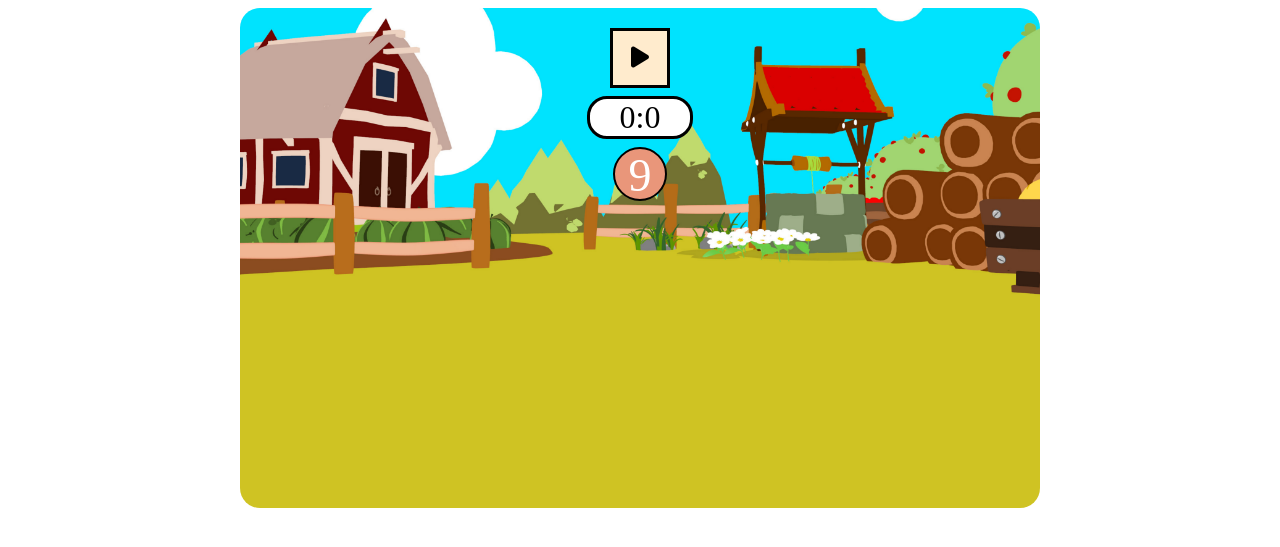
Repository: ggandory/browser101
Page: chapter7/carrot/index.html
The author's editor kept a copy of each file at every save. The page is drawn from the files as they stood at one save, then again after the next save.
The browser window is 1280 px wide. The pictures show the whole page.
Some web libraries are served in a nearby version.

Above is the page before, as saved 2024-05-02 23:33:27.

### chapter7/carrot/index.html
<!DOCTYPE html>
<html lang="en">
  <head>
    <meta charset="UTF-8" />
    <meta name="viewport" content="width=device-width, initial-scale=1.0" />
    <title>My First Game</title>
    <link rel="stylesheet" href="style.css" />
    <script src="main.js" defer></script>
    <script
      src="https://kit.fontawesome.com/9eb162ac0d.js"
      crossorigin="anonymous"
    ></script>
  </head>
  <body>
    <section class="game">
      <header class="game_header">
        <button class="game_button">
          <i class="fa-solid fa-play"></i>
        </button>
        <span class="game_timer">0:0</span>
        <span class="game_score">9</span>
      </header>
      <section class="game_field"></section>
    </section>
    <section class="pop-up pop-up-hide">
      <button class="pop-up_refresh">
        <i class="fa-solid fa-rotate-right"></i>
      </button>
      <span class="pop-up_message">hello</span>
    </section>
  </body>
</html>

### chapter7/carrot/style.css
button {
  border: none;
  outline: none;
  cursor: pointer;
}

body {
  text-align: center;
}

.game {
  display: flex;
  flex-direction: column;
  width: 800px;
  height: 500px;
  margin: auto;
  background: url(img/background.png) center/cover;
  border-radius: 20px;
}

.game_header {
  display: flex;
  flex-direction: column;
  align-items: center;
  padding: 20px;
}

.game_button {
  width: 60px;
  height: 60px;
  background-color: blanchedalmond;
  border: 3px solid black;
  font-size: 24px;
  transition: transform 300ms ease-in;
}
.game_button:hover {
  transform: scale(1.1);
}

.game_timer {
  width: 100px;
  background-color: white;
  text-align: center;
  border-radius: 20px;
  border: 3px solid black;
  font-size: 32px;
  margin-top: 8px;
}
.game_score {
  text-align: center;
  width: 50px;
  height: 50px;
  font-size: 46px;
  color: white;
  background-color: darksalmon;
  border-radius: 50%; /*둥글게 만들기*/
  margin-top: 8px;
  border: 2px solid black;
}

.game_field {
  position: relative;
  width: 100%;
  height: 100%;
  margin-top: 40px;
}

.pop-up {
  display: block;
  width: 350px;
  height: 140px;
  padding: 20px;
  background-color: #00000070;
  color: white;
  text-align: center;
  border-radius: 20px;
  margin: auto;
  transform: translateY(-150%);
}
.pop-up-hide {
  display: none;
}

.pop-up_refresh {
  width: 60px;
  height: 50px;
  font-size: 24px;
  background-color: wheat;
  border: 2px solid black;
  border-radius: 50%;
  transition: transform 300ms ease-in;
}
.pop-up_refresh:hover {
  transform: scale(1.1);
}

.pop-up_message {
  display: block; /*다음줄에 나오게 하려고*/
  font-size: 38px;
}

### chapter7/carrot/main.js
"use strict";

const CARROT_SIZE = 80;
const CARROT_COUNT = 5;
const BUG_COUNT = 5;
const MONSTER_COUNT = 5;
const field = document.querySelector(".game_field");
const fieldRect = field.getBoundingClientRect();
const gameBtn = document.querySelector(".game_button");
const gameTimer = document.querySelector(".game_timer");
const gameScore = document.querySelector(".game_score");

let started = false;
let score = 0;
let timer = undefined;

gameBtn.addEventListener("click", () => {
  if (started) {
    stopGame();
  } else {
    startGame();
  }
  started = !started;
});

function startGame() {
  initGame();
  showStopButton();
  showTimerAndScore();
}
function stopGame() {}

function showStopButton() {
  const icon = gameBtn.querySelector(".fa-play");
  icon.classList.add("fa-stop");
  icon.classList.remove("fa-play");
}

function showTimerAndScore() {
  gameTimer.style.visibility = "visible";
  gameScore.style.visibility = "visible";
}

function initGame() {
  //벌레와 당근을 생성한뒤 field에 추가해준다.
  addItem("carrot", CARROT_COUNT, "img/carrot.png");
  addItem("monster", MONSTER_COUNT, "img/monster.png");
  addItem("bug", BUG_COUNT, "img/bug.png");
}

function addItem(className, count, imgPath) {
  const x1 = 0;
  const y1 = 0;
  const x2 = fieldRect.width - CARROT_SIZE;
  const y2 = fieldRect.height - CARROT_SIZE;
  for (let i = 0; i < count; i++) {
    const item = document.createElement("img");
    item.setAttribute("class", className);
    item.setAttribute("src", imgPath);
    item.style.position = "absolute"; //근데 왜 이걸 absolute로 잡은거지?
    const x = randomNumber(x1, x2);
    const y = randomNumber(y1, y2);
    item.style.left = `${x}px`;
    item.style.top = `${y}px`;
    field.appendChild(item);
  }
}

function randomNumber(min, max) {
  return Math.random() * (max - min) + min;
}

After the next save:
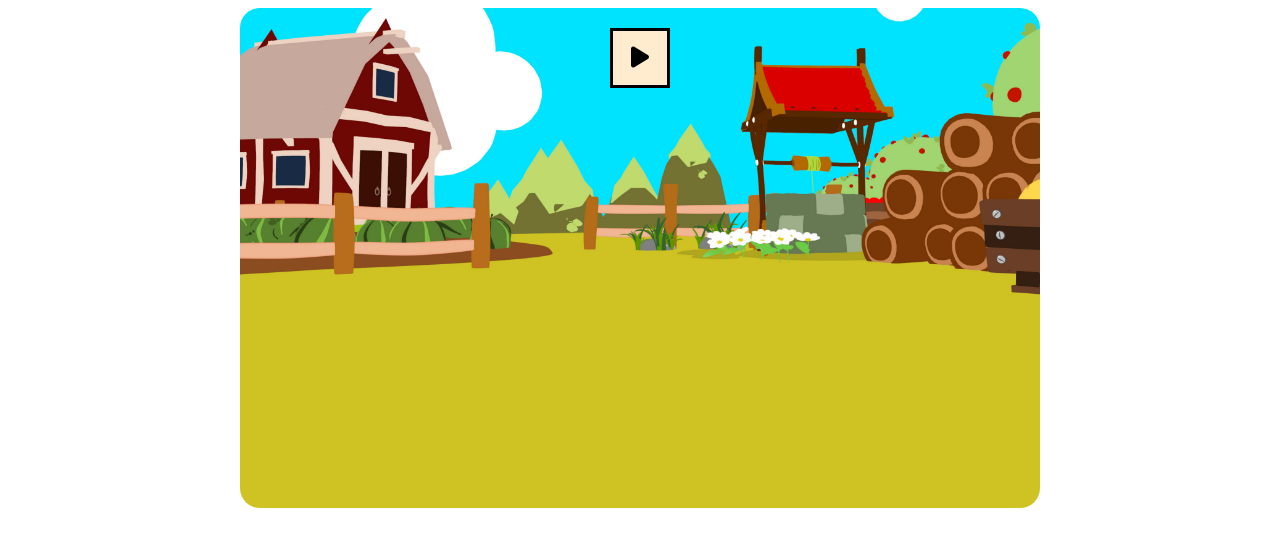
Saved 2 s later.
--- a/chapter7/carrot/style.css
+++ b/chapter7/carrot/style.css
@@ -45,6 +45,7 @@ body {
   border: 3px solid black;
   font-size: 32px;
   margin-top: 8px;
+  visibility: hidden; /*함부로 display:none하면 안됨 사이즈에 영향을 줌*/
 }
 .game_score {
   text-align: center;
@@ -56,6 +57,7 @@ body {
   border-radius: 50%; /*둥글게 만들기*/
   margin-top: 8px;
   border: 2px solid black;
+  visibility: hidden;
 }
 
 .game_field {
